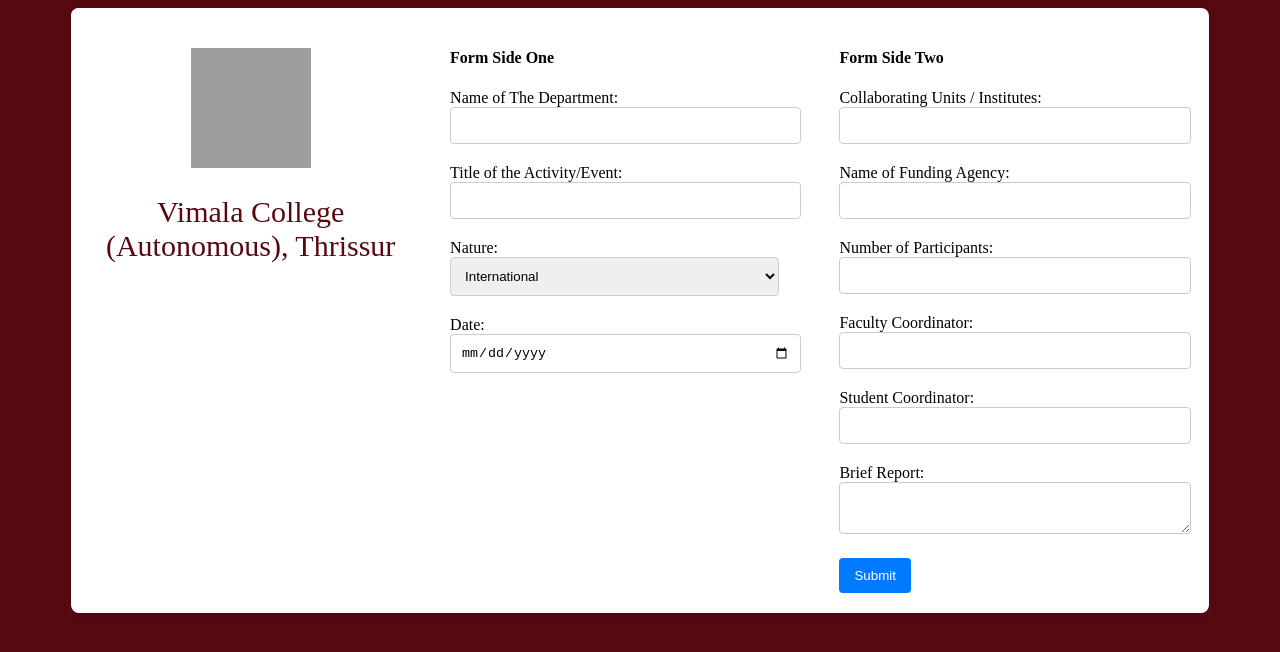
Repository: Rammjay/vimala-activity-report
Page: vim/report/reports/templates/1.html
An editor plug-in stored every save of this project. The page is shown before and after the next save, followed by the edit.
The browser window is 1280 px wide. The pictures show the whole page.
Pictures or frames that could not be fetched are drawn as grey boxes.

Above is the page before, as saved 2024-09-22 14:20:20.

### vim/report/reports/templates/1.html
<!DOCTYPE html>
<html lang="en">
<head>
    <meta charset="UTF-8">
    <meta name="viewport" content="width=device-width, initial-scale=1.0">
    <title>Two-Sided Form</title>
    <style>
        html {
            background-color: #570911;
        }
        h4 {
            text-align: left;
        }
        .container {
            max-width: 90%;
            background-color: rgb(255, 255, 255);
            display: flex;
            justify-content: center;
            margin: auto;
            border-radius: 8px;
            overflow: hidden;
            box-shadow: 0 2px 10px rgba(0, 0, 0, 0.1);
        }
        .forms {
            display: flex;
            width: 100%;
        }
        .side {
            flex: 1;
            padding: 20px;
            box-sizing: border-box;
        }
        .navbar ul {
            display: flex;
            list-style-type: none;
            background-color: rgb(255, 255, 255);
            padding: 0;
            margin: 0;
            width: 100%;
        }
        .logo {
            height: 120px;
            width: 120px;
            padding: 10px;
        }
        .navbar a {
            color: rgb(0, 0, 0);
            text-decoration: none;
            padding: 10px;
            display: block;
            text-align: center;
        }
        .navbar li {
            flex-grow: 1;
        }
        .head {
            font-size: 30px;
            color: #570911;
            text-align: center;
            padding: 20px;
        }
        input, select, textarea {
            width: calc(100% - 20px);
            margin-bottom: 20px;
            padding: 10px;
            border: 1px solid #ccc;
            border-radius: 4px;
        }
        button {
            padding: 10px 15px;
            background-color: #007bff;
            color: white;
            border: none;
            border-radius: 4px;
            cursor: pointer;
        }
        button:hover {
            background-color: #0056b3;
        }
    </style>
</head>
<body>
    <div class="container">
        <nav class="navbar">
            <ul>
                <li class="head"><a href="https://www.vimalacollege.edu.in/"><img src="https://www.vimalacollege.edu.in/images/prelder-logo2.png" class="logo"></a>Vimala College (Autonomous), Thrissur</li>
            </ul>
        </nav>
        <div class="forms">
            <div class="side">
                <h4>Form Side One</h4>
                <form method="post" id="myForm1">
                    <label for="dept">Name of The Department:</label>
                    <input type="text" id="dept" name="dept" required>

                    <label for="Dooc">Title of the Activity/Event:</label>
                    <input type="text" id="Dooc" name="Dooc" maxlength="25" required>

                    <label for="nat">Nature:</label>
                    <select id="nat" name="nat" required>
                        <option value="int">International</option>
                        <option value="nati">National</option>
                        <option value="stat">State</option>
                        <option value="reg">Regional</option>
                        <option value="ins">Institutional</option>
                    </select>

                    <label for="date">Date:</label>
                    <input type="date" id="date" name="date" required>
                </form>
            </div>
            <div class="side">
                <h4>Form Side Two</h4>
                <form method="post" id="myForm2">
                    <label for="colu">Collaborating Units / Institutes:</label>
                    <input type="text" id="colu" name="colu" maxlength="25" required>

                    <label for="fund">Name of Funding Agency:</label>
                    <input type="text" id="fund" name="fund" maxlength="25" required>

                    <label for="nop">Number of Participants:</label>
                    <input type="text" id="nop" name="nop" maxlength="25" required>

                    <label for="fco">Faculty Coordinator:</label>
                    <input type="text" id="fco" name="fco" maxlength="25" required>

                    <label for="sco">Student Coordinator:</label>
                    <input type="text" id="sco" name="sco" maxlength="25" required>

                    <label for="br">Brief Report:</label>
                    <textarea id="br" name="br" maxlength="500" required></textarea>

                    <button type="submit">Submit</button>
                </form>
            </div>
        </div>
    </div>
</body>
</html>

After the next save:
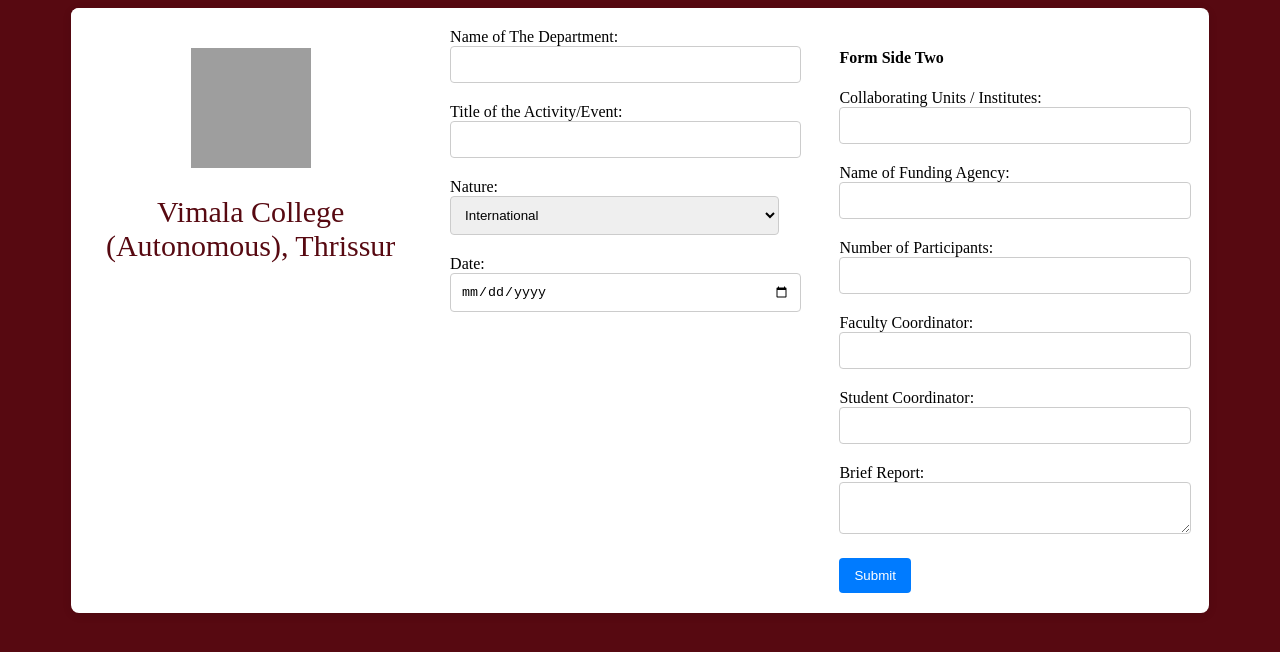
Saved 48 s later.
--- a/vim/report/reports/templates/1.html
+++ b/vim/report/reports/templates/1.html
@@ -88,7 +88,7 @@
         </nav>
         <div class="forms">
             <div class="side">
-                <h4>Form Side One</h4>
+
                 <form method="post" id="myForm1">
                     <label for="dept">Name of The Department:</label>
                     <input type="text" id="dept" name="dept" required>
